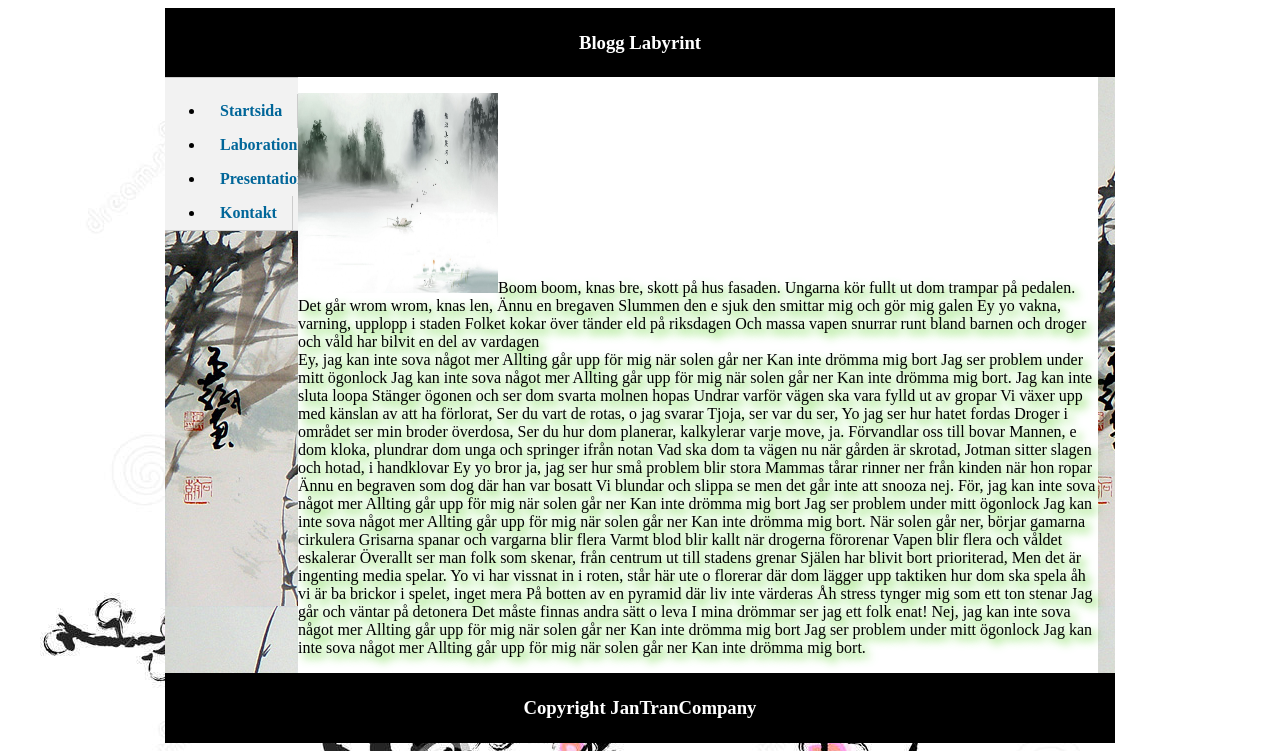
Repository: jt222ic/1ik415-jt222ic-lab-1
Page: pages/Blogginlagg.html
The author's editor kept a record of every edit. The page is drawn from the files as they stood at one moment, then again after the next edit.
The browser window is 1280 px wide. The pictures show the whole page.

Above is the page before.

After the next edit:
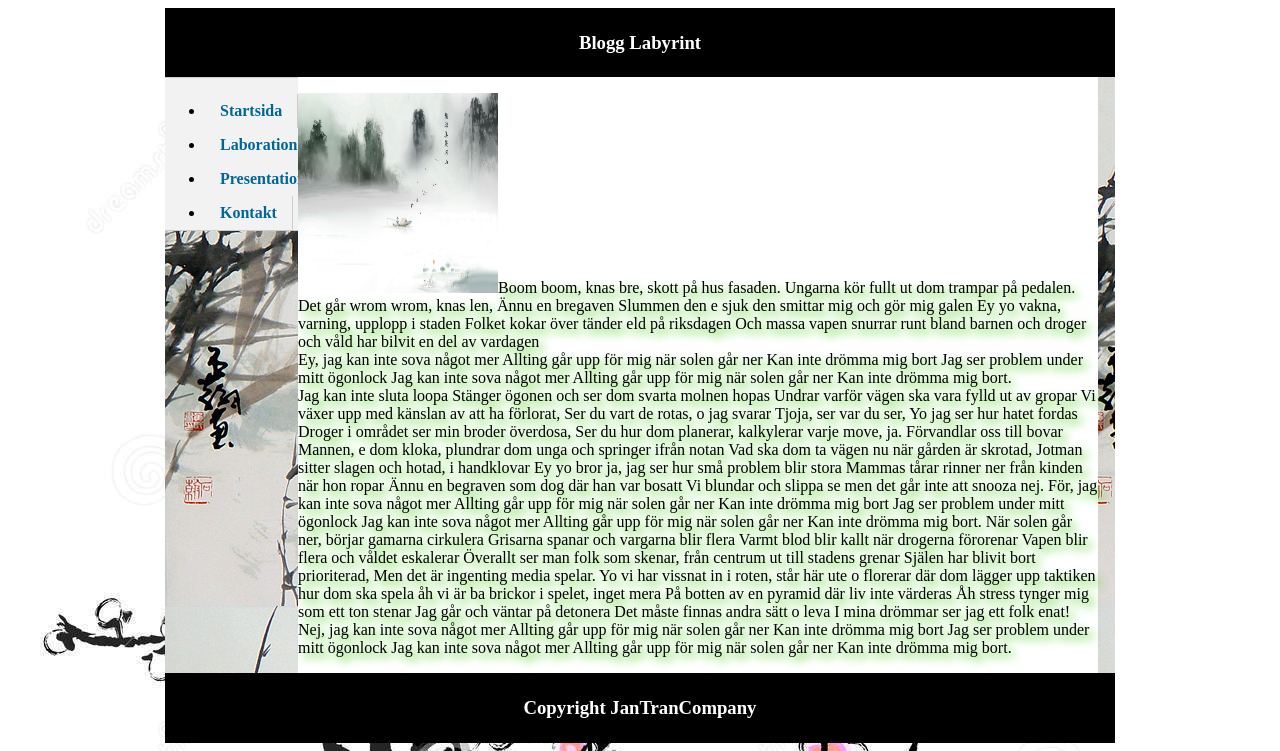
The edit:
--- a/pages/Blogginlagg.html
+++ b/pages/Blogginlagg.html
@@ -49,7 +49,7 @@
 Jag ser problem under mitt ögonlock
 Jag kan inte sova något mer
 Allting går upp för mig när solen går ner
-Kan inte drömma mig bort.
+Kan inte drömma mig bort. <br>
 
 Jag kan inte sluta loopa
 Stänger ögonen och ser dom svarta molnen hopas
